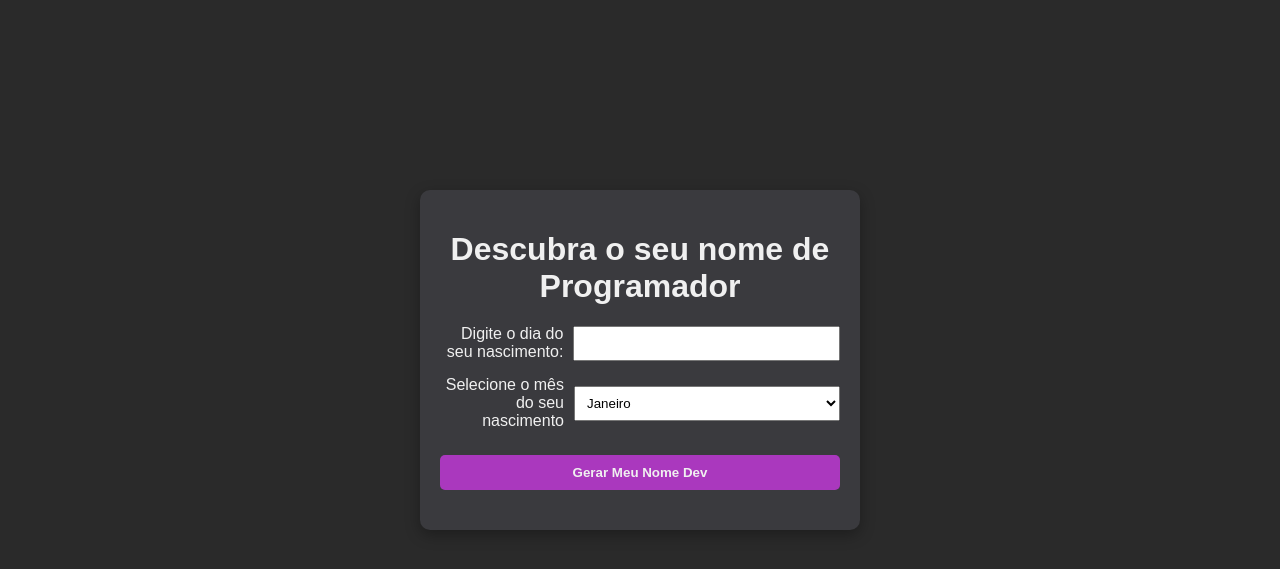
Repository: analessp/seu-nome-dev
Page: index.html
An editor plug-in stored every save of this project. The page is shown before and after the next save, followed by the edit.
The browser window is 1280 px wide. The pictures show the whole page.

Above is the page before, as saved 2025-05-13 11:37:39.

After the next save:
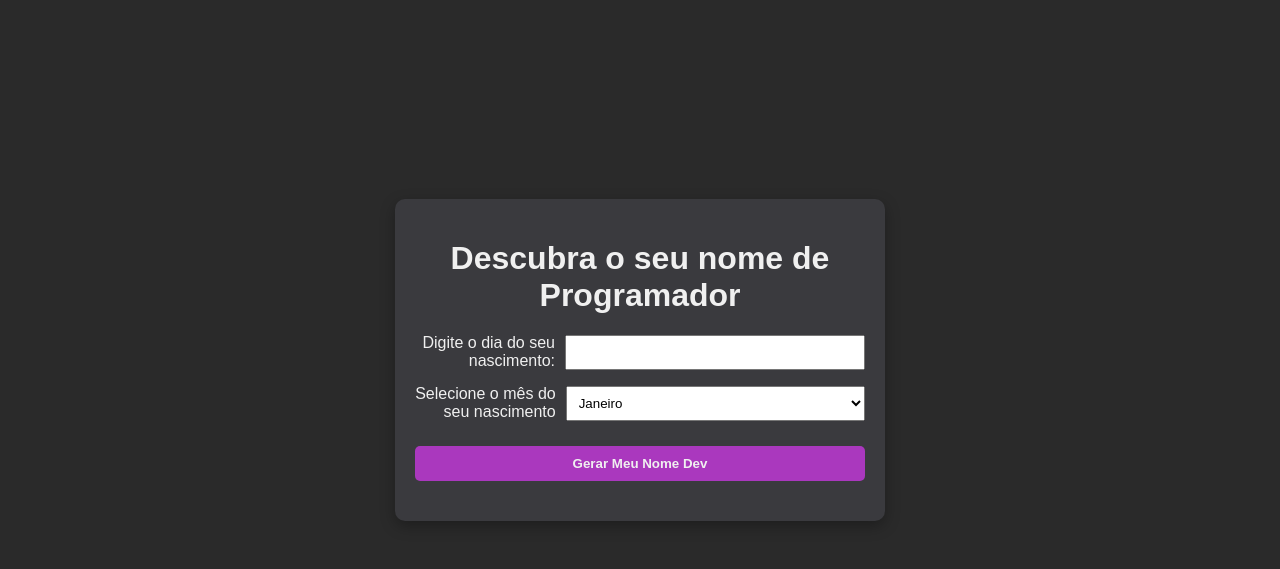
Saved 4 s later.
--- a/styles.css
+++ b/styles.css
@@ -14,7 +14,7 @@ body {
     padding: 20px;
     border-radius: 10px;
     box-shadow: 0px 5px 15px rgba(0, 0, 0, 0.3);
-    width: 400px;
+    width: 450px;
 }
 
 h1 {
